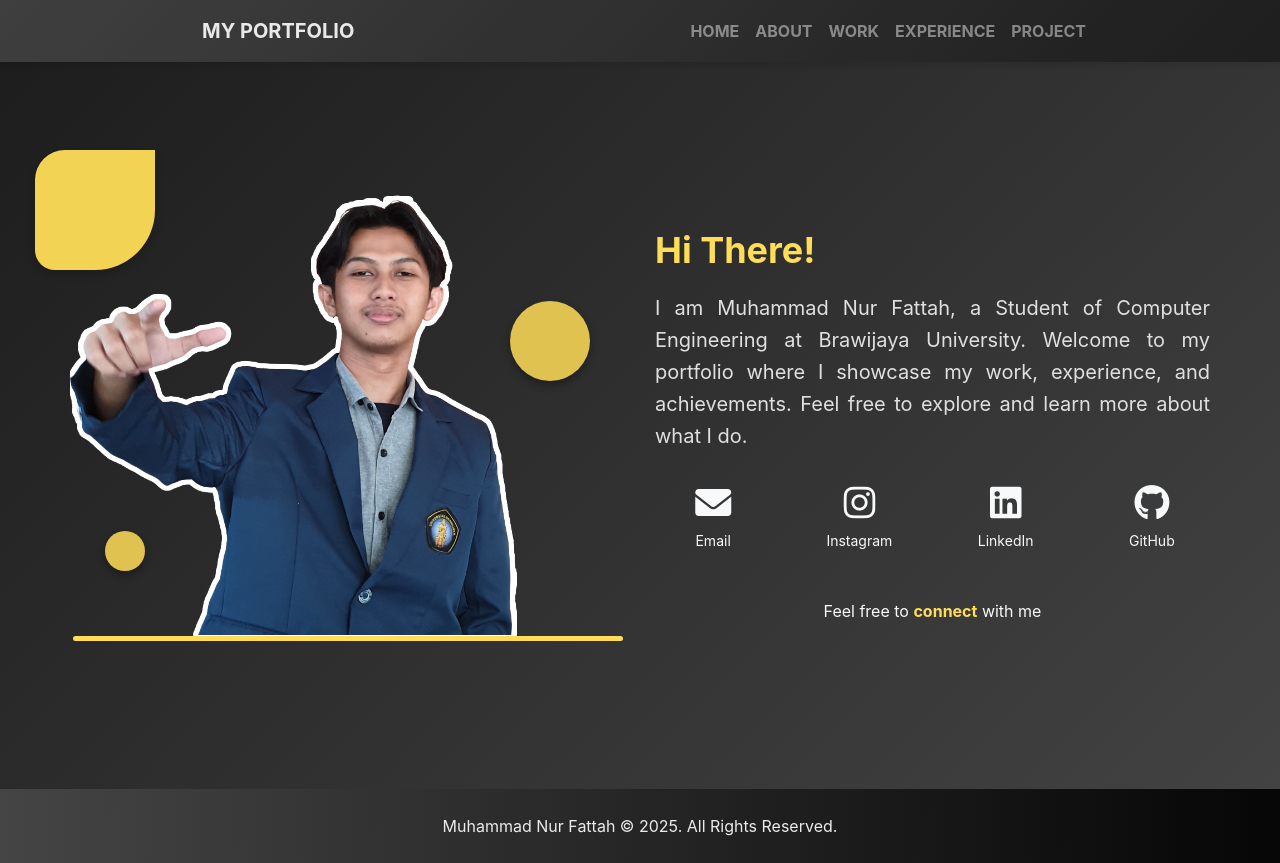
Repository: nurFattahh/Web-Portofolio
Page: /
An editor plug-in stored every save of this project. The page is shown before and after the next save, followed by the edit.
The browser window is 1280 px wide. The pictures show the whole page.
The project was rebuilt for these pictures with package versions that can differ from the ones it lists, and the page was loaded fresh each time. Also part of the build but not shown: vite.config.js, src/components/About/About.css, src/components/About/Skillset.css, src/components/About/About.jsx, src/components/Work/Work.css, src/data/ImageImport.js, src/data/Work.js, src/components/Work/Work.jsx and 8 more.

Above is the page before, as saved 2026-02-12 04:28:00.

### index.html
<!DOCTYPE html>
<html lang="en">
  <head>
    <meta charset="UTF-8" />
    <meta name="viewport" content="width=device-width, initial-scale=1.0" />
    <link rel="icon" href="/logo2.png" type="image/x-icon">
    <title>My Portfolio</title>

    <link href="https://stackpath.bootstrapcdn.com/bootstrap/4.5.2/css/bootstrap.min.css" rel="stylesheet" />
    <link rel="stylesheet" href="https://cdnjs.cloudflare.com/ajax/libs/font-awesome/6.0.0-beta3/css/all.min.css" />

  </head>
  <body>
    <div id="root"></div>
    <script type="module" src="/src/main.jsx"></script>
    <script src="https://code.jquery.com/jquery-3.5.1.slim.min.js"></script>
    <script src="https://cdn.jsdelivr.net/npm/@popperjs/core@2.9.2/dist/umd/popper.min.js"></script>
    <script src="https://stackpath.bootstrapcdn.com/bootstrap/4.5.2/js/bootstrap.min.js"></script>
    <link href="https://stackpath.bootstrapcdn.com/bootstrap/4.5.2/css/bootstrap.min.css" rel="stylesheet" />
  </body>
</html>

### src/main.jsx
import React from 'react';
import ReactDOM from 'react-dom/client';
import App from './App';
import './assets/styles/style.css';

ReactDOM.createRoot(document.getElementById('root')).render(
  <React.StrictMode>
    <App />
  </React.StrictMode>
);

### src/App.jsx
import React from "react";
import { BrowserRouter as Router, Routes, Route, useLocation } from "react-router-dom";
import { AnimatePresence } from "framer-motion";

import Navbar from "./components/Navbar/Navbar";
import Footer from "./components/Footer/Footer";

import Home from "./components/Home/Home";
import About from "./components/About/About";
import Work from "./components/Work/Work";
import Project from "./components/Project/Project";
import Organization from "./components/Organization/Organization";
import Experience from "./components/Experience/Experience";
import ProjectDetail from "./components/Project/ProjectDetails";

import MotionWrapper from "./components/Animations/MotionWrapper";

const AnimatedRoutes = () => {
  const location = useLocation();

  return (
    <AnimatePresence mode="wait">
      <Routes location={location} key={location.pathname}>
        <Route path="/" element={<MotionWrapper><Home /></MotionWrapper>} />
        <Route path="/about" element={<MotionWrapper><About /></MotionWrapper>} />
        <Route path="/work" element={<MotionWrapper><Work /></MotionWrapper>} />
        <Route path="/experience" element={<MotionWrapper><Experience /></MotionWrapper>} />
        <Route path="/projects" element={<MotionWrapper><Project /></MotionWrapper>} />
        <Route path="/organization" element={<MotionWrapper><Organization /></MotionWrapper>} />
        <Route path="/projects/:id" element={<MotionWrapper><ProjectDetail /></MotionWrapper>} />
      </Routes>
    </AnimatePresence>
  );
};

const App = () => (
  <Router>
    <Navbar />
    <AnimatedRoutes />
    <Footer />
  </Router>
);

export default App;

### src/assets/styles/style.css
#root {
    background: linear-gradient(135deg, #1c1c1c, #444444);
}

body {
    font-family: 'Arial', sans-serif;
    margin: 0;
    padding: 0;

}

html {
    scroll-padding-top: 2rem; /* Gantikan 80px dengan tinggi navbar Anda */
    scroll-behavior: smooth;
}

### src/components/Navbar/Navbar.jsx
import React, { useEffect, useRef } from "react";
import { Link } from "react-router-dom";
import "./Navbar.css";

const Navbar = () => {
  const navbarRef = useRef(null);

  useEffect(() => {
    const links = document.querySelectorAll(".navbar-collapse .nav-link");
    const navbar = navbarRef.current;

    links.forEach((link) => {
      link.addEventListener("click", () => {
        if (navbar && navbar.classList.contains("show")) {
          new window.bootstrap.Collapse(navbar).hide(); // collapse on mobile
        }
      });
    });

    return () => {
      links.forEach((link) => {
        link.removeEventListener("click", () => {});
      });
    };
  }, []);

  return (
    <nav className="navbar navbar-expand-lg navbar-dark bg-dark sticky-top">
      <Link className="navbar-brand" to="/">
        My Portfolio
      </Link>
      <button
        className="navbar-toggler"
        type="button"
        data-toggle="collapse"
        data-target="#navbarNav"
        aria-controls="navbarNav"
        aria-expanded="false"
        aria-label="Toggle navigation"
      >
        <span className="navbar-toggler-icon"></span>
      </button>
      <div
        className="collapse navbar-collapse"
        id="navbarNav"
        ref={navbarRef}
      >
        <ul className="navbar-nav ml-auto">
          <li className="nav-item">
            <Link className="nav-link" to="/">Home</Link>
          </li>
          <li className="nav-item">
            <Link className="nav-link" to="/about">About</Link>
          </li>
          <li className="nav-item">
            <Link className="nav-link" to="/work">Work</Link>
          </li>
          <li className="nav-item">
            <Link className="nav-link" to="/experience">Experience</Link>
          </li>
          <li className="nav-item">
            <Link className="nav-link" to="/projects">Project</Link>
          </li>
        </ul>
      </div>
    </nav>
  );
};

export default Navbar;

### src/components/Footer/Footer.jsx
import React from 'react';
import './Footer.css';

const Footer = () => (
  <footer className="footer-section bg-dark text-white py-4">
    <div className="container text-center">
      <p> Muhammad Nur Fattah &copy; 2025. All Rights Reserved.</p>
    </div>
  </footer>
);

export default Footer;

### src/components/Home/Home.jsx
import React from "react";
import "./Home.css";

import profil_image from "../../assets/Images/Fattah.png";

const Home = () => (
  <section id="home" className="container my-5">
    <div className="row align-items-center">
      <div className="col-md-6">
        <img src={profil_image} className="img-fluid rounded" alt="Your Photo" />
        <div className="image-overlay-box"></div>
        <div className="body-overlay-box"></div>
        <div className="corner-circle left"></div>
        <div className="corner-circle right"></div>
      </div>
      <div className="col-md-6">
        <h1>Hi There!</h1>
        <p>
          I am Muhammad Nur Fattah, a Student of Computer Engineering at Brawijaya University. Welcome to my
          portfolio where I showcase my work, experience, and achievements. Feel free to explore and learn more about
          what I do.
        </p>
        <div className="social-media mt-4">
          <div className="row">
            <div className="col-3 text-center">
              <a
                href="https://mail.google.com/mail/?view=cm&fs=1&to=nurfattah36@gmail.com"
                target="_blank"
                title="Email"
              >
                <i className="fas fa-envelope"></i>
                <div className="social-text">Email</div>
              </a>
            </div>
            <div className="col-3 text-center">
              <a href="https://instagram.com/mnurfatth" target="_blank" title="Instagram">
                <i className="fab fa-instagram"></i>
                <div className="social-text">Instagram</div>
              </a>
            </div>
            <div className="col-3 text-center">
              <a href="https://www.linkedin.com/in/muhammad-nur-fattah/" target="_blank" title="LinkedIn">
                <i className="fab fa-linkedin"></i>
                <div className="social-text">LinkedIn</div>
              </a>
            </div>
            <div className="col-3 text-center">
              <a href="https://github.com/NurFattahh" target="_blank" title="GitHub">
                <i className="fab fa-github"></i>
                <div className="social-text">GitHub</div>
              </a>
            </div>

          </div>
          <div className="mt-5 text-center">
              Feel free to  <span className="connect-text" href="https://www.linkedin.com/in/muhammad-nur-fattah/">connect</span> with me
            </div>
        </div>
      </div>
    </div>
  </section>
);

export default Home;

### src/components/Animations/MotionWrapper.jsx
// src/components/Animations/MotionWrapper.jsx
import React from "react";
import { motion } from "framer-motion";

const MotionWrapper = ({ children }) => {
  return (
    <motion.div
      initial={{ opacity: 0, y: 20 }}
      animate={{ opacity: 1, y: 0 }}
      exit={{ opacity: 0, y: -20 }}
      transition={{ duration: 0.5 }}
    >
      {children}
    </motion.div>
  );
};

export default MotionWrapper;

### src/components/Navbar/Navbar.css
.navbar {
    z-index: 1000;
}

.navbar .navbar-brand {
    margin-left: 170px;
}

.navbar-nav {
    margin-right: 170px;
}

.navbar {
    background: linear-gradient(135deg, #444444, #1c1c1c);
    opacity: 0.9;
    padding: 1rem 2rem;
    box-shadow: 0 4px 6px rgba(0, 0, 0, 0.1);
    transition: all 0.3s ease-in-out;
}

.navbar a {
    color: rgb(0, 0, 0);
    font-weight: bold;
    text-transform: uppercase;
    padding: 0.5rem 1rem;
    transition: color 0.3s ease;
}

.navbar a:hover {
    color: #ffdd57;
    text-shadow: 0px 0px 10px rgba(255, 255, 255, 0.7);
}

.navbar-nav .nav-link {
    position: relative;
    padding: 0.5rem 1rem;
    transition: color 0.3s ease-in-out;
}

.navbar-nav .nav-link:before {
    content: '';
    position: absolute;
    width: 100%;
    height: 2px;
    bottom: 0;
    left: 0;
    background-color: #ffdd57;
    visibility: hidden;
    transform: scaleX(0);
    transition: all 0.3s ease-in-out;
}

.navbar-nav .nav-link:hover:before {
    visibility: visible;
    transform: scaleX(1);
}


/* Efek Hover untuk Gambar Carousel */
@media (max-width: 1200px) {
    .navbar .navbar-brand {
        margin-left: 0;
    }

    .navbar-nav {
        margin-right: 0;
    }
}

### src/components/Footer/Footer.css
/* Footer Styles */
.footer-section {
  background: linear-gradient(90deg, rgb(73, 72, 72) 0%, rgb(0, 0, 0) 100%);
  opacity: 0.9;
    padding: 1rem 2rem;
    box-shadow: 0 4px 6px rgba(0, 0, 0, 0.1);
    transition: all 0.3s ease-in-out;        /* Teks di tengah */
  }

  .footer-section a {
    color: #ffc107;             /* Warna kuning untuk tautan */
    text-decoration: none;      /* Hilangkan garis bawah pada tautan */
  }

  .footer-section a:hover {
    text-decoration: underline; /* Menambahkan garis bawah saat hover */
  }

  .footer-section .container {
    max-width: 960px;            /* Lebar maksimum untuk konten footer */
    margin: 0 auto;              /* Centang konten */
  }

  .footer-section p {
    margin: 1px 0;              /* Margin antar paragraf */
  }

  .footer-section .text-white {
    color: #fff;                /* Memastikan teks tetap putih */
  }

### src/components/Home/Home.css
#home {
    padding: 60px 0;
    color: #f8f9fa; /* Teks terang */
    animation: fadeIn 1.5s ease-in-out;
}

#home img {
    background-color: transparent !important;
}


#home h1 {
    font-size: 36px;
    font-weight: bold;
    margin-bottom: 20px;
    color: #ffdd57; /* Aksen kuning */
}

#home p {
    font-size: 20px;
    line-height: 1.6;
    text-align: justify;
    color: #e0e0e0; /* Teks abu terang */
}

#home img {
    position: relative; /* penting agar berada di atas overlay */
    z-index: 2;
    background-color: transparent !important;
    max-width: 85%;
    height: auto;
    margin-top: 1rem;
    margin-bottom: 2rem;
}

.img-wrapper {
    position: relative;
    display: inline-block;
  }

  .image-overlay-box {
    position: absolute;
    top: -20px; /* Bisa kamu ubah sesuai kebutuhan */
    left: -20px;
    width: 120px;
    height: 120px;
    background-color: #ffdd57; /* Warna kuning aksen */
    border-radius: 30px 0 50% 20px;
    z-index: 1;
    opacity: 0.95;
    box-shadow: 0 4px 10px rgba(0, 0, 0, 0.2);
  }

  .corner-circle {
    position: absolute;
    width: 40px;
    height: 40px;
    background-color: #ffdd57;
    border-radius: 50%;
    z-index: 2;
    opacity: 0.85;
    box-shadow: 0 4px 10px rgba(0, 0, 0, 0.4);
  }

  .corner-circle.left {
    bottom: 110px;
    left: 50px;
    width: 40px;
    height: 40px;
  }

  .corner-circle.right {
    bottom: 300px;
    right: 50px;
    width: 80px;
    height: 80px;
  }


  .body-overlay-box {
    position: absolute;
    bottom: 40px;
    left: 50%;
    transform: translateX(-50%);
    width: 550px;
    height: 5px;
    background-color: #ffdd57;
    border-top-left-radius: 400px;
    border-top-right-radius: 400px;
    border-bottom-left-radius: 400px;
    border-bottom-right-radius: 400px;
    z-index: 3;
  }


/* Social Media */
.social-media a {
    font-size: 36px;
    color: #f8f9fa;
    transition: color 0.3s ease;
}

.social-media a:hover {
    color: #ffdd57; /* Hover kuning */
}

.social-text {
    font-size: 14px;
    color: #f8f9fa;
}

/* Connect Text */
.connect-text {
    color: #ffdd57;
    font-weight: bold;
}

@media (max-width: 768px) {
  #home {
    padding: 40px 15px;
  }

  #home h1 {
    font-size: 1.8rem;
    text-align: center;
  }

  #home p {
    font-size: 1rem;
    text-align: justify;
    padding: 0 10px;
  }

  .social-media a {
    font-size: 28px;
  }

  .social-text {
    font-size: 12px;
  }

  .corner-circle.left {
    left: 20px;
    bottom: 80px;
    width: 30px;
    height: 30px;
  }

  .corner-circle.right {
    right: 20px;
    bottom: 200px;
    width: 50px;
    height: 50px;
  }

  .body-overlay-box {
    width: 80%;
    height: 5px;
    bottom: 35px;
  }
}

### src/components/About/Skillset.jsx
import React from "react";
import "./Skillset.css";
import { FaCuttlefish, FaMicrochip, FaNetworkWired, FaPython, FaRobot, FaServer, FaDatabase, FaGithub } from "react-icons/fa";
import { SiPostgresql,SiTerraform , SiAnsible  } from "react-icons/si";
import { FaGolang } from "react-icons/fa6";

const skills = [
  { name: "C++", icon: <FaCuttlefish className="skill-icon" /> },
  { name: "Embedded System", icon: <FaMicrochip className="skill-icon" /> },
  { name: "MQTT", icon: <FaNetworkWired className="skill-icon" /> },
  { name: "Python", icon: <FaPython className="skill-icon" /> },
  { name: "AI / ML", icon: <FaRobot className="skill-icon" /> },
  { name: "Go", icon: <FaGolang className="skill-icon" /> },
  { name: "Backend", icon: <FaServer className="skill-icon" /> },
  { name: "PostgreSQL", icon: <SiPostgresql className="skill-icon" /> },
  { name: "GitHub", icon: <FaGithub className="skill-icon" /> },
  { name: "Terraform", icon: <SiTerraform className="skill-icon" /> },
  { name: "Ansible", icon: <SiAnsible className="skill-icon" /> },
];

const Skillset = () => {
  return (
    <div className="skillset-section">
      <h3 className="skillset-title">Professional Skillset</h3>
      <div className="skillset-grid">
        {skills.map((skill, index) => (
          <div className="skill-box" key={index}>
            {skill.icon}
            <span>{skill.name}</span>
          </div>
        ))}
      </div>
    </div>
  );
};

export default Skillset;

### src/components/Project/ProjectDetails.css
.project-detail-section {
    padding: 80px 20px;
    background: linear-gradient(135deg, #1a1a1a, #2b2b2b);
    color: #f1f1f1;
    font-family: 'Segoe UI', sans-serif;
  }

  .project-detail-container {
    max-width: 1000px;
    margin: 0 auto;
    padding: 30px;
    background-color: #2f2f2f;
    border-radius: 12px;
    box-shadow: 0 4px 12px rgba(0,0,0,0.5);
  }

  .project-detail-title {
    font-size: 36px;
    color: #ffdd57;
    margin-bottom: 10px;
    text-align: center;
  }

  .project-detail-date {
    font-size: 16px;
    color: #aaa;
    text-align: center;
    margin-bottom: 30px;
  }

  .project-detail-description {
    font-size: 18px;
    color: #ddd;
    line-height: 1.8;
    margin-bottom: 20px;
    text-align: justify;
  }

  h4 {
    color: #ffdd57;
    margin-top: 30px;
    margin-bottom: 15px;
  }

  ul {
    margin-left: 20px;
    color: #ccc;
  }

  .tech-stack {
    display: flex;
    flex-wrap: wrap;
    gap: 10px;
  }

  .tech-badge {
    background-color: #444;
    color: #ffffff;
    border-radius: 20px;
    padding: 6px 14px;
    font-size: 14px;
    font-weight: bold;
  }

  .image-title {
    font-size: 24px;
    color: #ffdd57;
    text-align: center;
    margin-top: 20px;
    margin-bottom: 15px;
  }

  .image-gallery {
    display: flex;
    flex-wrap: wrap;
    gap: 10px;
    margin-top: 15px;
    justify-content: center;
  }

  .detail-img {
    width: 100%;
    max-width: 300px;
    border-radius: 10px;
    object-fit: cover;
    box-shadow: 0 4px 8px rgba(0,0,0,0.4);
    transition: transform 0.3s ease;
    cursor: pointer;
  }

  .detail-img:hover {
    transform: scale(1.05);
  }

  .project-details-buttons {
    margin-top: 30px;
    padding-top: 30px;
    display: flex;
    gap: 15px;
    justify-content: center;
  }

  .project-details-buttons a {

    padding: 10px 20px;
    border-radius: 25px;
    font-weight: bold;
    text-decoration: none;
    transition: 0.3s ease;
  }


  .back-button {
    display: block;
    margin: 40px auto 0;
    text-align: center;
    color: #aaa;
    font-size: 15px;
    text-decoration: underline;
    cursor: pointer;
  }

  /* Modal container */
.image-modal {
  position: fixed;
  top: 0;
  left: 0;
  width: 100vw;
  height: 100vh;
  background: rgba(0, 0, 0, 0.8);
  display: flex;
  justify-content: center;
  align-items: center;
  z-index: 9999;
  padding: 20px;
  box-sizing: border-box;
}

/* Modal content wrapper */
.modal-content-img {
  position: relative;
  max-width: 90vw;
  max-height: 90vh;
}

/* ✅ INI bagian yang mengatur gambar saat modal dibuka */
.modal-content-img img {
  width: auto;
  max-width: 90vw;
  height: auto;
  max-height: 80vh; /* ⬅️ Batasi tinggi agar tidak terlalu panjang */
  object-fit: contain;
  border-radius: 10px;
  box-shadow: 0 4px 10px rgba(0, 0, 0, 0.6);
}


  @media (max-width: 768px) {
    .project-detail-description {
      font-size: 16px;
    }
    .detail-img {
      width: 100%;
      max-width: 350px;
      height: auto;
      border-radius: 10px;
      object-fit: contain;
      box-shadow: 0 4px 8px rgba(0,0,0,0.4);
      transition: transform 0.3s ease;
      cursor: pointer;
      display: block;
      margin: 0 auto; /* Center image horizontally */
    }

    .image-gallery {
      flex-direction: column;
      align-items: center;
    }

  }

After the next save:
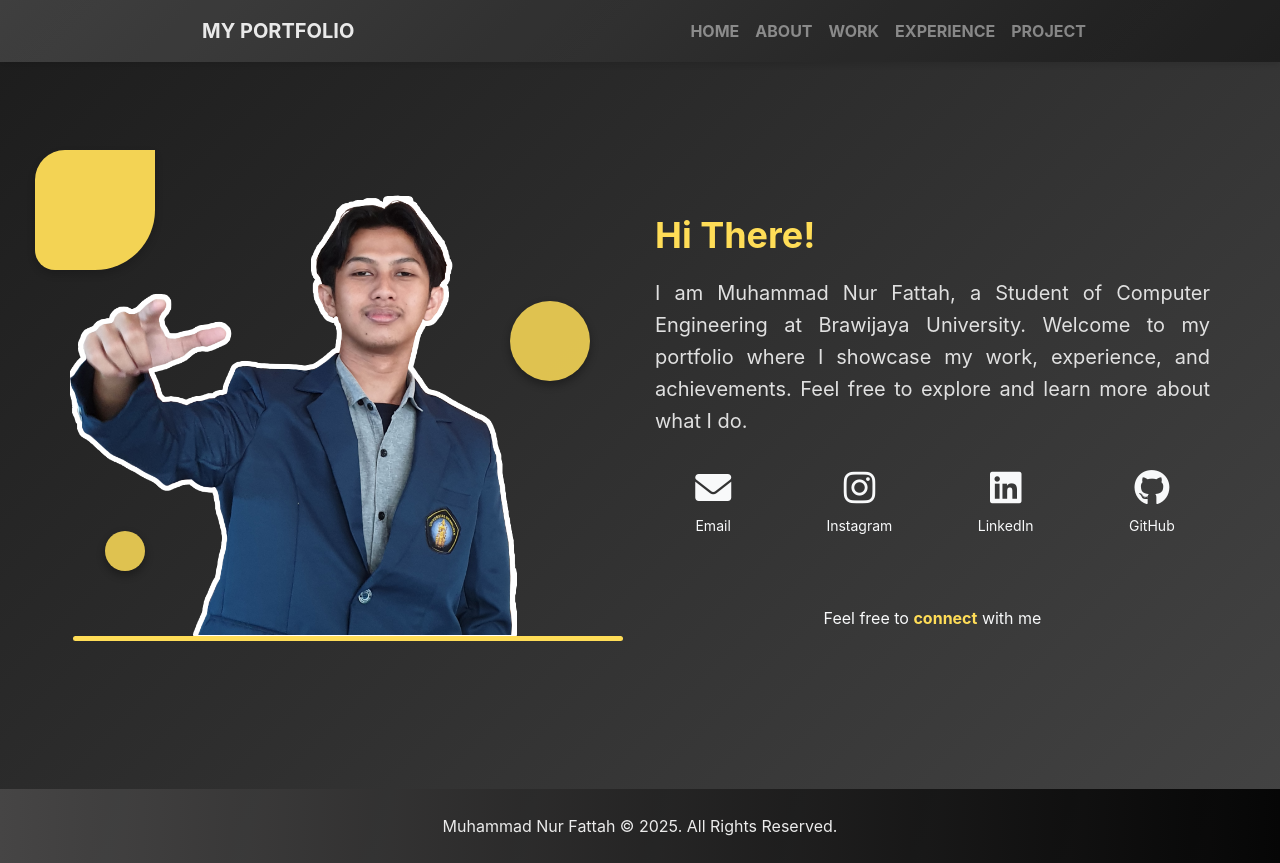
Saved 18 s later.
--- a/src/components/Home/Home.jsx
+++ b/src/components/Home/Home.jsx
@@ -53,7 +53,7 @@
 
           </div>
           <div className="mt-5 text-center">
-              Feel free to  <span className="connect-text" href="https://www.linkedin.com/in/muhammad-nur-fattah/">connect</span> with me
+              Feel free to  <a href="https://www.linkedin.com/in/muhammad-nur-fattah/"></a><span className="connect-text">connect</span> with me
             </div>
         </div>
       </div>
